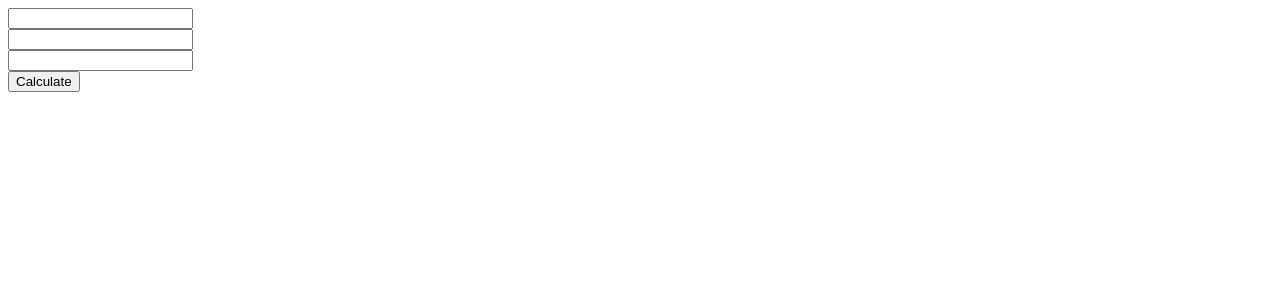
Repository: KhudanJeugene/StudyingInHillel
Page: Calculator/WebContent/Calc1.html
These files come from the project's save history. The page is drawn as it stood at one moment and after the next save; the edit follows.
The browser window is 1280 px wide. The pictures show the whole page.

Above is the page before, as saved 2016-02-07 18:37:18.

### Calculator/WebContent/Calc1.html
<html>
	<head>
		<title>add two Number</title>

		<script>
		function add() {
			var a = parseInt(document.getElementById('a').value);
			var b = parseInt(document.getElementById('b').value);
			var c = a + b;
			document.getElementById('res').value = c;
		}
		</script>
	</head>
	<body>
		<form>
			<input id="a" type="text"><br>
			<input id="b" type="text"><br>
			<input id="res" type="text"><br>
			<input type="button" value="Calculate" onclick="add();"><br>
		</form>
	</body>
</html>

After the next save:
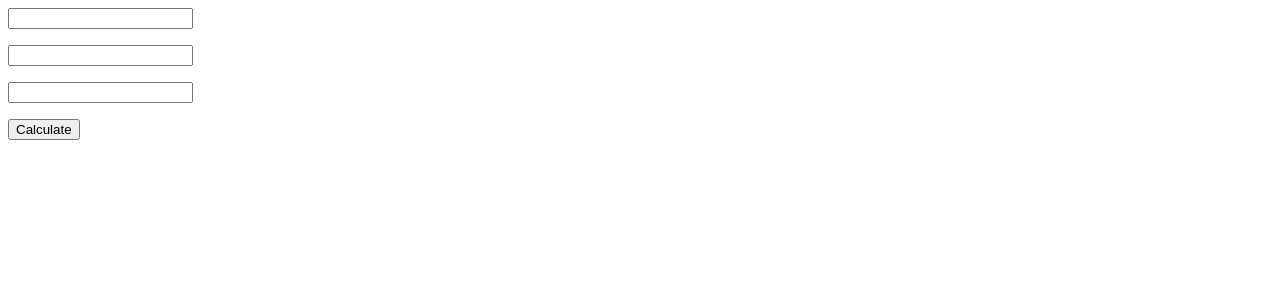
Saved 3 min 28 s later.
--- a/Calculator/WebContent/Calc1.html
+++ b/Calculator/WebContent/Calc1.html
@@ -13,9 +13,9 @@
 	</head>
 	<body>
 		<form>
-			<input id="a" type="text"><br>
-			<input id="b" type="text"><br>
-			<input id="res" type="text"><br>
+			<input id="a" type="text"><p>
+			<input id="b" type="text"><p>
+			<input id="res" type="text"><p>
 			<input type="button" value="Calculate" onclick="add();"><br>
 		</form>
 	</body>
